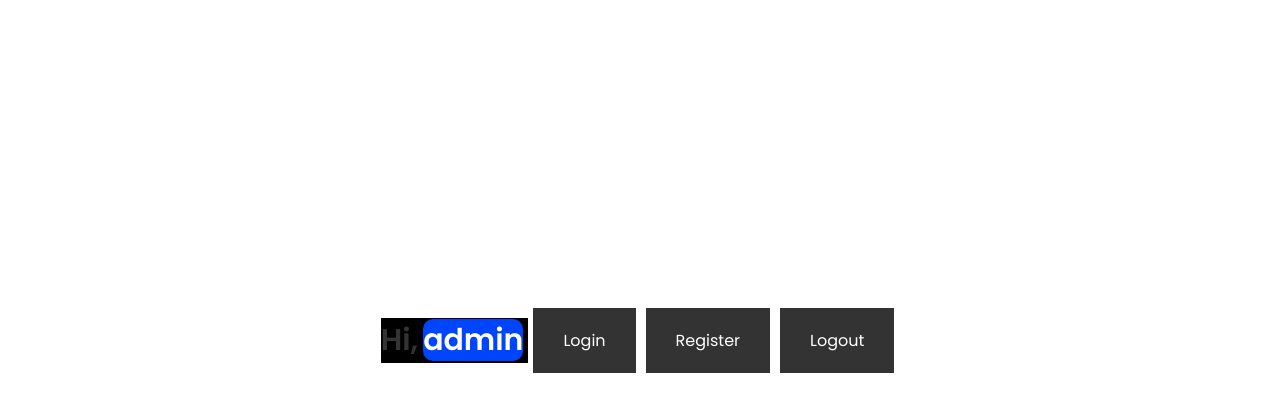
Repository: yennobita/FPT-PHP1
Page: http://localhost/user/admin_page.php
An editor plug-in stored every save of this project. The page is shown before and after the next save, followed by the edit.
The browser window is 1280 px wide. The pictures show the whole page.
The page is run by PHP 8.4 with error messages shown; the project is at /var/www/html/.

Above is the page before, as saved 2022-07-24 19:52:37.

### ASM_PHP1/user/admin_page.php
<!DOCTYPE html>
<html lang="en">
<head>
    <meta charset="UTF-8">
    <meta http-equiv="X-UA-Compatible" content="IE=edge">
    <meta name="viewport" content="width=device-width, initial-scale=1.0">
    <link rel="stylesheet" href="/css/user.css">

    <title>admin</title>
    <style>
        @import url("https://fonts.googleapis.com/css2?family=Poppins:wght@100;200;300;400;500;600&display=swap");
    * {
       font-family: "Poppins", sans-serif;
       margin: 0;
       padding: 0;
       box-sizing: border-box;
       outline: none;
       border: none;
       text-decoration: none;
    }
    .container {
        min-height: 100vh;
        display: flex;
        align-items: center;
        justify-content: center;
        padding: 20px;
        padding-bottom: 60px;
    }
    .container .content {
        text-align: center;

    }
    .container .content h3 {
        font-size: 30px;
        color: #333;

    }
    .container .content span {
        background: #0045fe;
        color: #fff;
        border-radius: 10px;
        font-size: 30px;
        margin: 0px 5px;


    }
    .container .content .btn {
        padding: 20px 30px;
        display: inline-block;
        background: #333;
        color: #fff;

    }
    .btn {

        padding: 20px 30px;
        display: inline-block;
        background: #333;
        color: #fff;
        margin: 0px 5px;
    }
    .btn:hover {
    background: #fb9a00;
    color: #333;
    }
    </style>
</head>
<body>
    <div class="container">
        <div class="content">
            <h3>Hi,<span>admin</span></h3>
        </div>
        <a href="/user/login_form.php" class="btn">Login</a>
        <a href="/user/register_form.php" class="btn">Register</a>
        <a href="/user/logout.php" class="btn">Logout</a>
    </div>

</body>
</html>

### ASM_PHP1/Css/user.css
@import url("https://fonts.googleapis.com/css2?family=Poppins:wght@100;200;300;400;500;600&display=swap");
* {
  font-family: "Poppins", sans-serif;
  margin: 0;
  padding: 0;
  box-sizing: border-box;
  outline: none;
  border: none;
  text-decoration: none;
}
.container {
  min-height: 100vh;
  display: flex;
  align-items: center;
  justify-content: center;
  padding: 20px;
  padding-bottom: 60px;
}
.container .content {
  text-align: center;
}
.container .content h3 {
  font-size: 30px;
  background-color: #000;
}

After the next save:
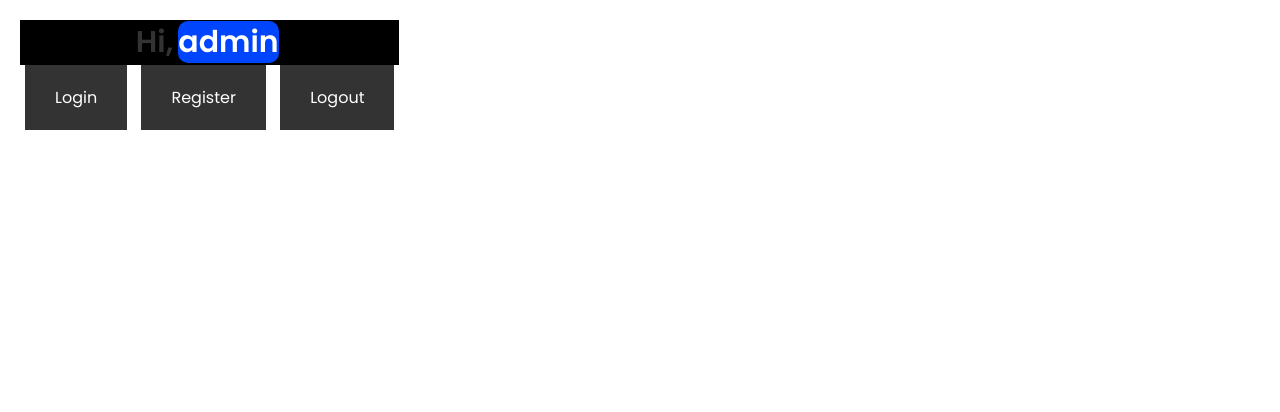
Saved 3 min 17 s later.
--- a/ASM_PHP1/user/admin_page.php
+++ b/ASM_PHP1/user/admin_page.php
@@ -20,7 +20,7 @@
     }
     .container {
         min-height: 100vh;
-        display: flex;
+        display: inline-block;
         align-items: center;
         justify-content: center;
         padding: 20px;
@@ -42,13 +42,6 @@
         font-size: 30px;
         margin: 0px 5px;
 
-
-    }
-    .container .content .btn {
-        padding: 20px 30px;
-        display: inline-block;
-        background: #333;
-        color: #fff;
 
     }
     .btn {
